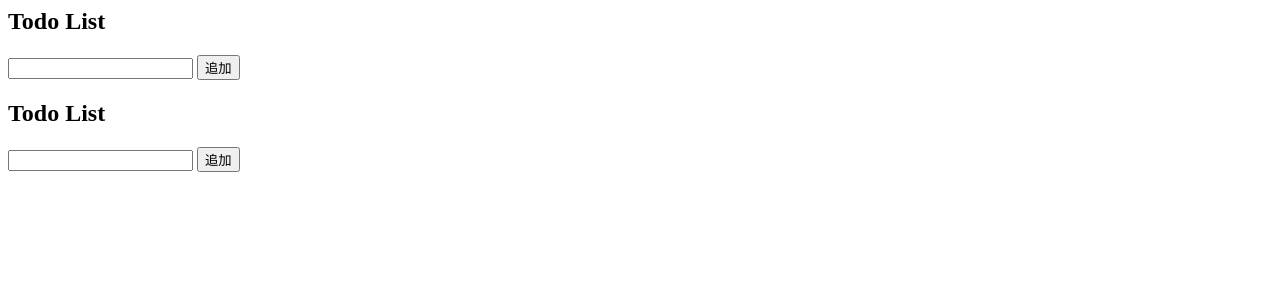
Repository: azuma2/cate
Page: http://localhost/cate
An editor plug-in stored every save of this project. The page is shown before and after the next save, followed by the edit.
The browser window is 1280 px wide. The pictures show the whole page.
The page is served by the project's Laravel application, run on PHP 8.4 with Laravel 8. Queries for data that is not in the repository find no rows.

Above is the page before, as saved 2022-05-17 03:14:01.

After the next save:
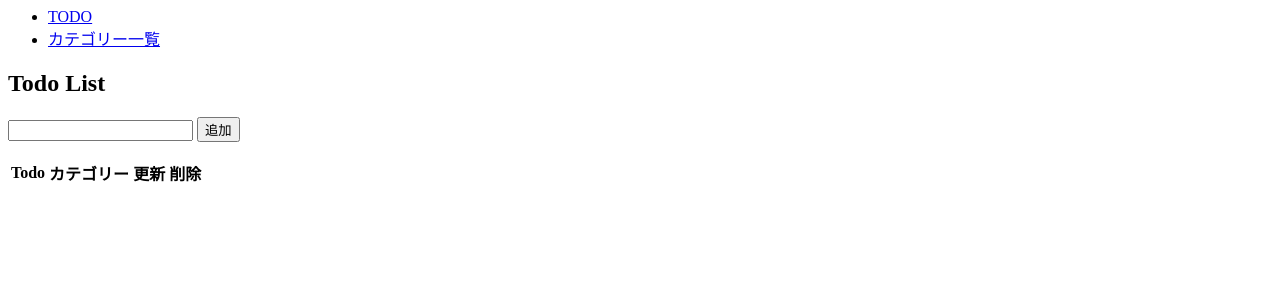
Saved 4 min 25 s later.
--- a/resources/views/cate.blade.php
+++ b/resources/views/cate.blade.php
@@ -1,5 +1,12 @@
-  </head>
   <body>
+  <header>
+    <div class="head">
+      <ul>
+        <li class="head1"><a href="{{ url('/') }}">TODO</a></li>
+        <li class="head2"><a href="{{ url('/cate') }}">カテゴリー一覧</a></li>
+      </ul>
+    </div>
+  </header>
   <div class="container">
     <div class="card">
       <h2 class="title">Todo List</h2>
@@ -14,29 +21,47 @@
           @endif
         <form action="/todo/create" method="post">
             @csrf
-          <input type="text" class="input-add" name="content" />
-          <input class="button" type="submit" value="追加" />
-        </form>
-      <h2 class="title">Todo List</h2>
-            <div class="todo">
-              @if ($errors->has('content'))
-                  <tr>
-                    <th>ERROR</th>
-                  <td>
-                  {{$errors->first('content')}}
-                </td>
-            </tr>
-          @endif
-        <form action="/todo/create" method="post">
-            @csrf
-          <input type="text" class="input-add" name="content" />
+          <input type="text" class="input-add" name="content">
           <input class="button" type="submit" value="追加" />
         </form>
           <div class="narabe">
         <table>
             @csrf
           <tr>
+            <th>Todo</th>
+            <th>カテゴリー</th>
+            <th>更新</th>
+            <th>削除</th>
+          </tr>
 
+                    <tr>
+            @foreach ($items as $item)
+
+            <td>
+
+            </td>
+
+            <form action="/todo/update" method="post">
+              @csrf
+              <td>
+                <input type="text" class="input-update" value="{{$item->content}}" name="content" />
+              </td>
+              <td>
+                <input type="hidden"  name="id" value="{{$item->id}}">
+                <input class="button" type="submit" value="更新" >
+              </td>
+            </form>
+            <td>
+              <form action="/todo/delete" method="post" >
+                    @csrf
+                <input  type="hidden" name="id" value="{{$item->id}}" >
+                <input class="button" type="submit" value="削除" >
+              </form>
+            </td>
+            </div>
+          </tr>
+          @endforeach
+        </table>
       </div>
     </div>
   </div>
